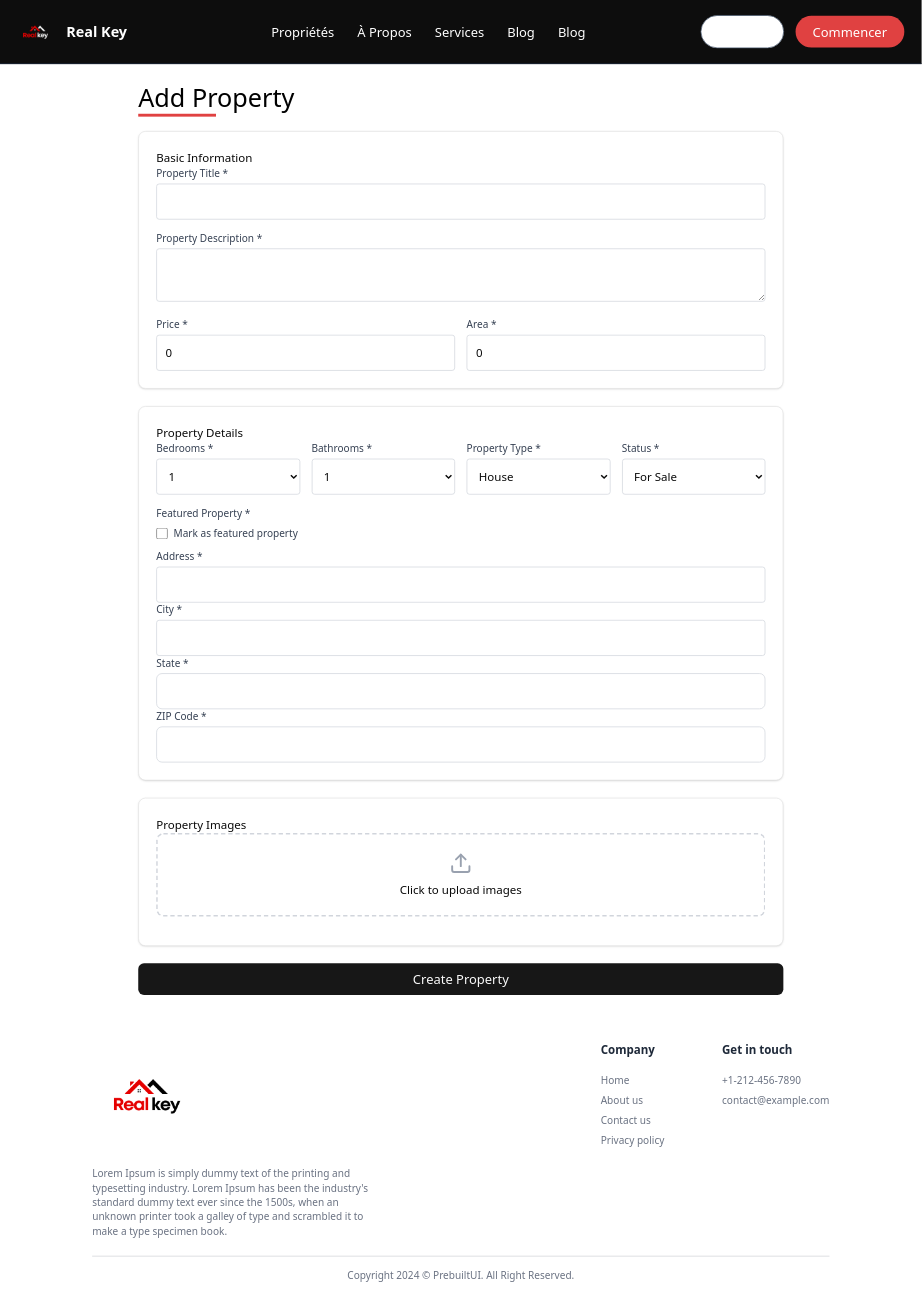
Repository: lamatmed/Real-Key
Page: /properties/new
The author's editor kept a copy of each file at every save. The page is drawn from the files as they stood at one save, then again after the next save.
The browser window is 1280 px wide. The pictures show the whole page, at 72% of full size.
The page's requests for data from a server got no answer. The project was rebuilt for these pictures with package versions that can differ from the ones it lists, and the page was loaded fresh each time. Some packages were replaced by stand-ins written for this rebuild. The framework's server and built-in components were replaced by stand-ins that run in the browser. No one was signed in, and anything a server would have sent is missing. Also part of the build but not shown: next.config.ts.

Above is the page before, as saved 2025-09-28 15:04:51.

After the next save:
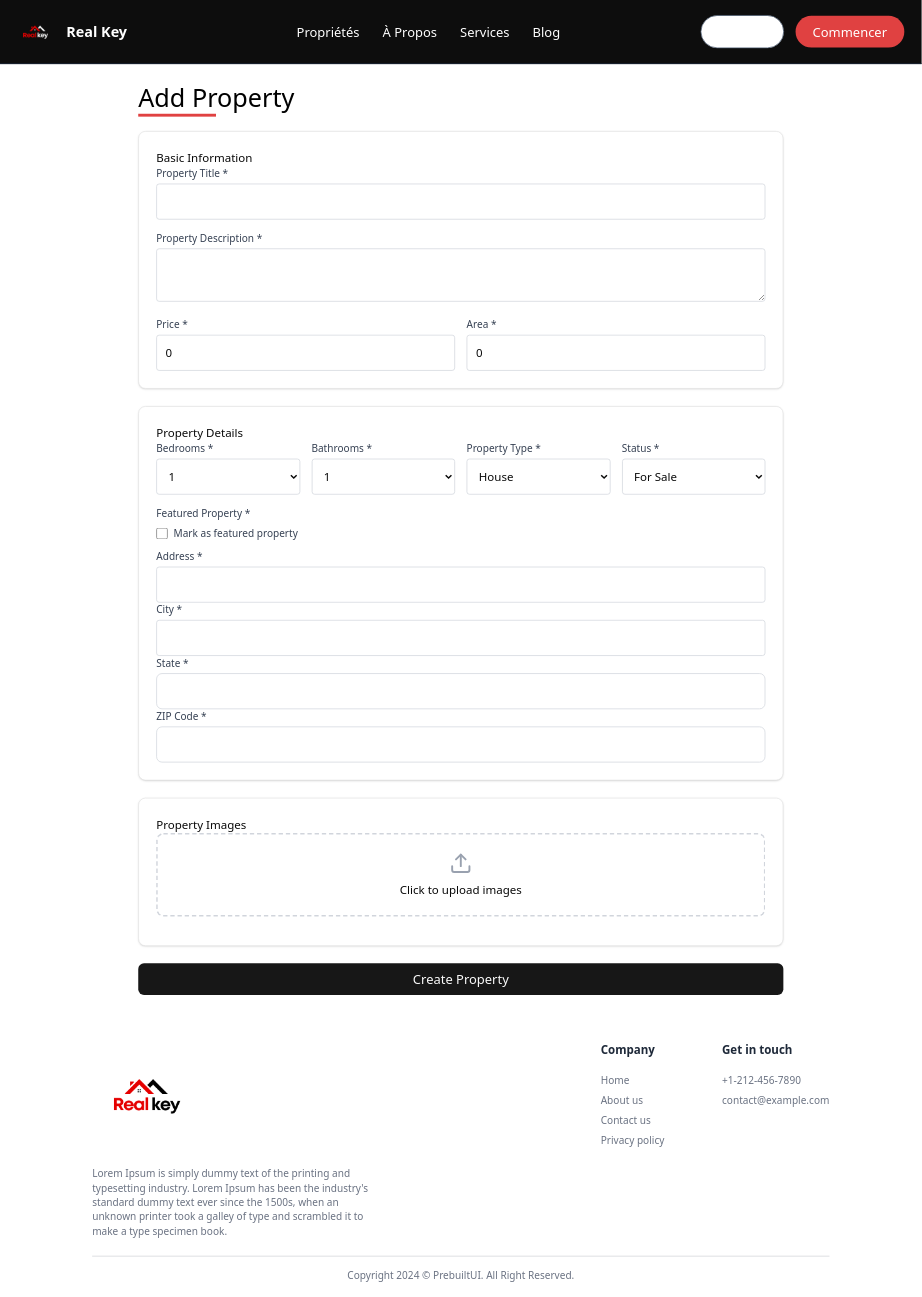
Saved 20 s later.
--- a/app/_components/Navbar.tsx
+++ b/app/_components/Navbar.tsx
@@ -17,7 +17,7 @@
         { href: "/properties", label: "Propriétés" },
         { href: "/about", label: "À Propos" },
         { href: "/services", label: "Services" },
-         { href: "/contact", label: "Blog" },
+
         { href: "/blog", label: "Blog" }
     ]
 

After the save that followed:
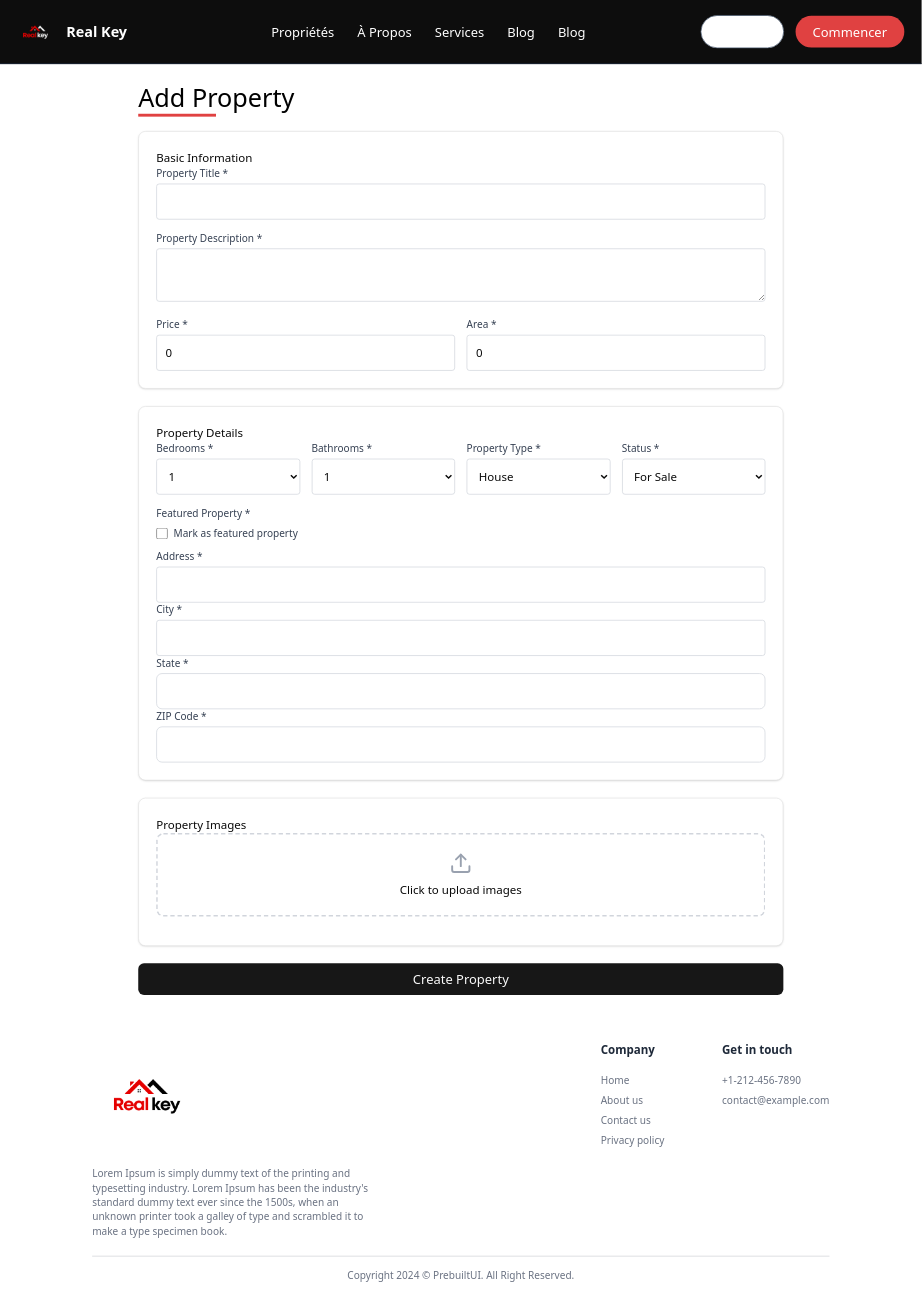
Saved 14 s later.
--- a/app/_components/Navbar.tsx
+++ b/app/_components/Navbar.tsx
@@ -17,7 +17,7 @@
         { href: "/properties", label: "Propriétés" },
         { href: "/about", label: "À Propos" },
         { href: "/services", label: "Services" },
-
+         { href: "/contact", label: "Blog" },
         { href: "/blog", label: "Blog" }
     ]
 
